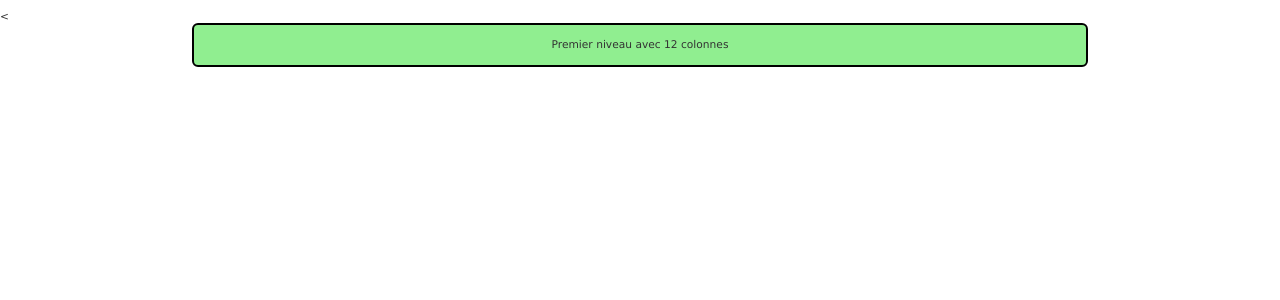
Repository: dridrii/COMPET-BLOC
Page: http://localhost/COMPET-BLOC/
An editor plug-in stored every save of this project. The page is shown before and after the next save, followed by the edit.
The browser window is 1280 px wide. The pictures show the whole page.
The page is served by Tomcat 9. Other server files are loaded and not shown.

Above is the page before, as saved 2015-07-11 16:23:12.

### COMPET-BLOC/WebContent/index.jsp
<!DOCTYPE html>
<html>
 <head>
    <link href="boostrap/dist/css/bootstrap.css" rel="stylesheet">
    <link href="inc/css/tuto.css" rel="stylesheet">
  </head>
  <body>
    <<div class="container">
  <div class="row">
    <div class="col-md-12">Premier niveau avec 12 colonnes
  </div>
</div>
  </body>
</html>

### COMPET-BLOC/WebContent/inc/css/tuto.css
.container {
	padding-right: 15px;
  	padding-left: 15px;
 	margin-right: auto;
  	margin-left: auto;
}

.row {
  margin-right: -15px;
  margin-left: -15px;
}


.navbar-default {
	background-color: #bfbfbf;
	border-color: #bfbfbf ;
}


.text{
	color: #333333;

}

.img-logo {
	height : 250px;
	width : auto;
}

/* Général ------------------------------------------------------------------------------------- */

body, p, legend, label, input {
    font: normal 8pt verdana, helvetica, sans-serif;
}

fieldset {
    padding: 10px;
    border: 1px #0568CD solid;
}

legend {
    font-weight: bold;
    color: #0568CD;
}

/* Forms --------------------------------------------------------------------------------------- */

form label {
    float: left;
    width: 200px;
    margin: 3px 0px 0px 0px;
}

form input {
    margin: 3px 3px 0px 0px;
    border: 1px #999 solid;
}

form input.sansLabel {
    margin-left: 200px;
}

form .requis {
    color: #c00;
}

body {
  padding-top: 10px;
}
[class*="col-"], footer {
  background-color: lightgreen;
  border: 2px solid black;
  border-radius: 6px;
  line-height: 40px;
  text-align: center;
}

@media (min-width: 768px) {
  .container {
    width: 70%;
  }
}
@media (min-width: 992px) {
  .container {
    width: 70%;
  }
}
@media (min-width: 1200px) {
  .container {
    width: 70%;
  }
}

Loaded but not shown: COMPET-BLOC/WebContent/WEB-INF/taglibs.jsp (common file); COMPET-BLOC/WebContent/boostrap/dist/css/bootstrap.css (library)

After the next save:
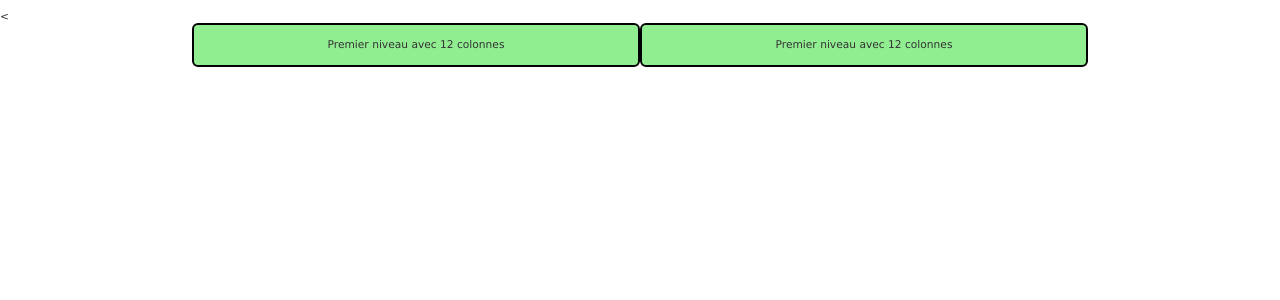
Saved 30 s later.
--- a/COMPET-BLOC/WebContent/index.jsp
+++ b/COMPET-BLOC/WebContent/index.jsp
@@ -7,8 +7,9 @@
   <body>
     <<div class="container">
   <div class="row">
-    <div class="col-md-12">Premier niveau avec 12 colonnes
-  </div>
+    <div class="col-md-6">Premier niveau avec 12 colonnes</div>
+    <div class="col-md-6">Premier niveau avec 12 colonnes</div>
+
 </div>
   </body>
 </html>
